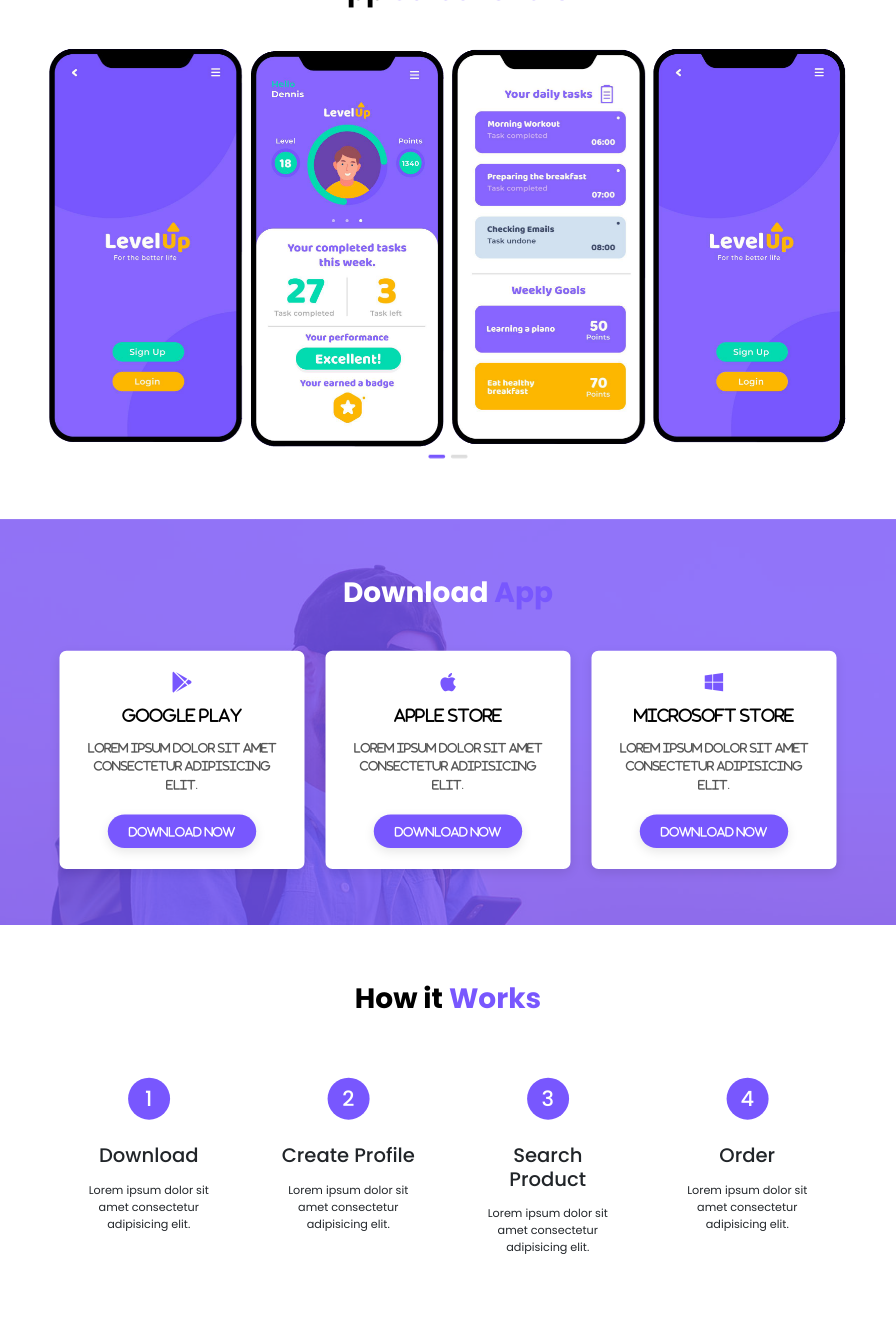
Repository: Mohamed-Hema/Shala-App
Page: index.html
An editor plug-in stored every save of this project. The page is shown before and after the next save, followed by the edit.
The browser window is 1280 px wide. The pictures show the part of the page from y = 2251 to 4171 px (the page is 4171 px tall before and 4130 px after), at 70% of full size.
Backgrounds fixed to the window are drawn as part of the page. Some web libraries are served in a nearby version.

Above is the page before, as saved 2021-02-23 20:48:31.

After the next save:
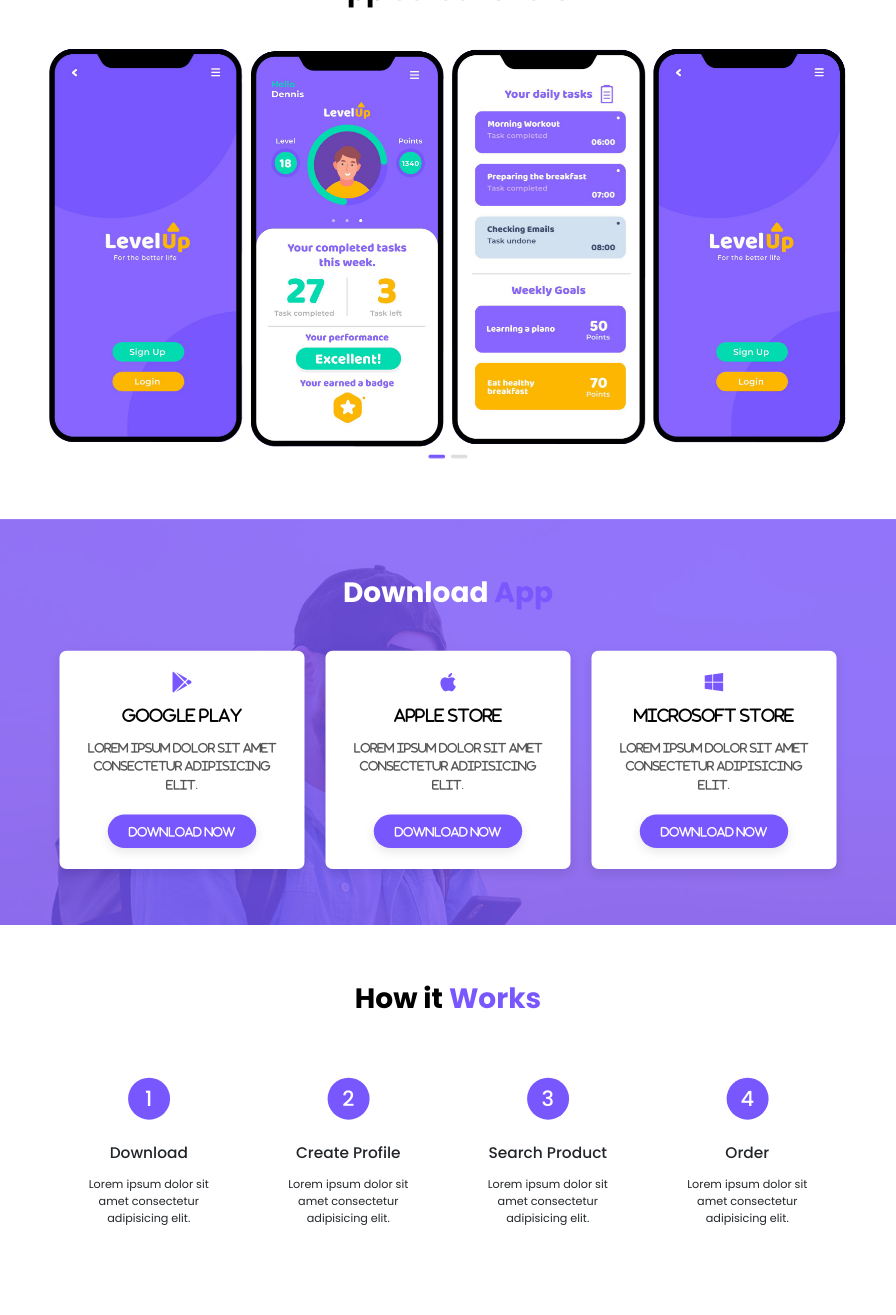
Saved 27 s later.
--- a/css/style.css
+++ b/css/style.css
@@ -568,6 +568,9 @@ ul{
 }
 .how-it-works-item h3{
     margin: 20px 0;
+    font-size: 22px;
+    font-weight: 500;
+    color: var(--black);
 }
 .how-it-works-item p{
 
